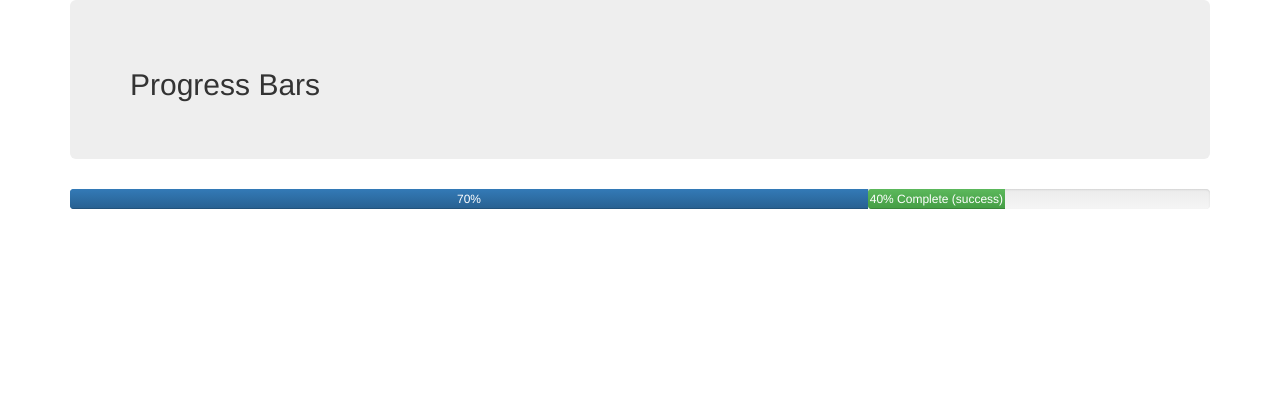
Repository: jksfoTemp/html-css-js
Page: -HTML5/bootstrap/progressbars.html
The author's editor kept a record of every edit. The page is drawn from the files as they stood at one moment, then again after the next edit.
The browser window is 1280 px wide. The pictures show the whole page.
Some web libraries are served in a nearby version.

Above is the page before.

After the next edit:
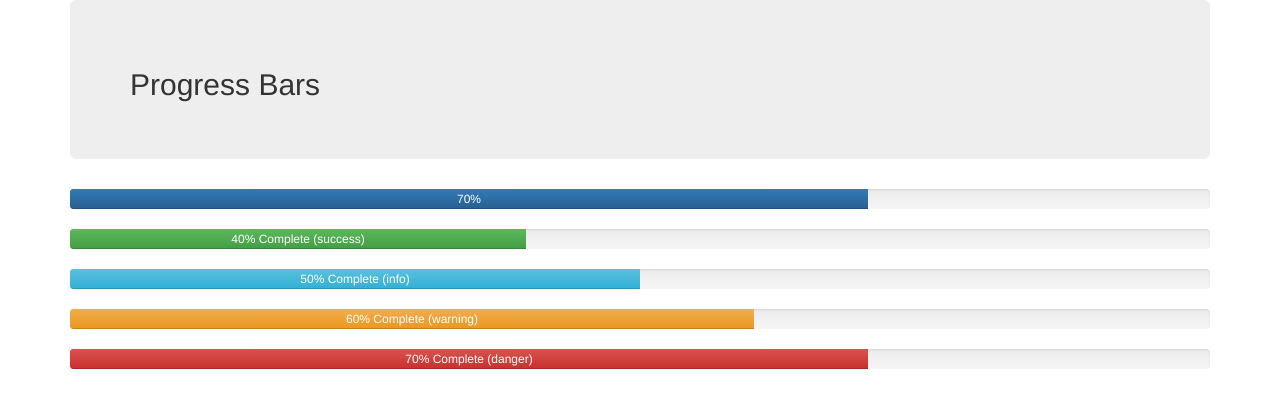
The edit:
--- a/-HTML5/bootstrap/progressbars.html
+++ b/-HTML5/bootstrap/progressbars.html
@@ -29,9 +29,10 @@
         </div>
 
         <div class="progress">
-        <div class="progress-bar" role="progressbar" aria-valuenow="70"
-        aria-valuemin="0" aria-valuemax="100" style="width:70%">
-        70%
+            <div class="progress-bar" role="progressbar" aria-valuenow="70"
+            aria-valuemin="0" aria-valuemax="100" style="width:70%">
+            70%
+            </div>
         </div>
         <div class="progress">
             <div class="progress-bar progress-bar-success" role="progressbar" aria-valuenow="40" aria-valuemin="0" aria-valuemax="100" style="width:40%">
